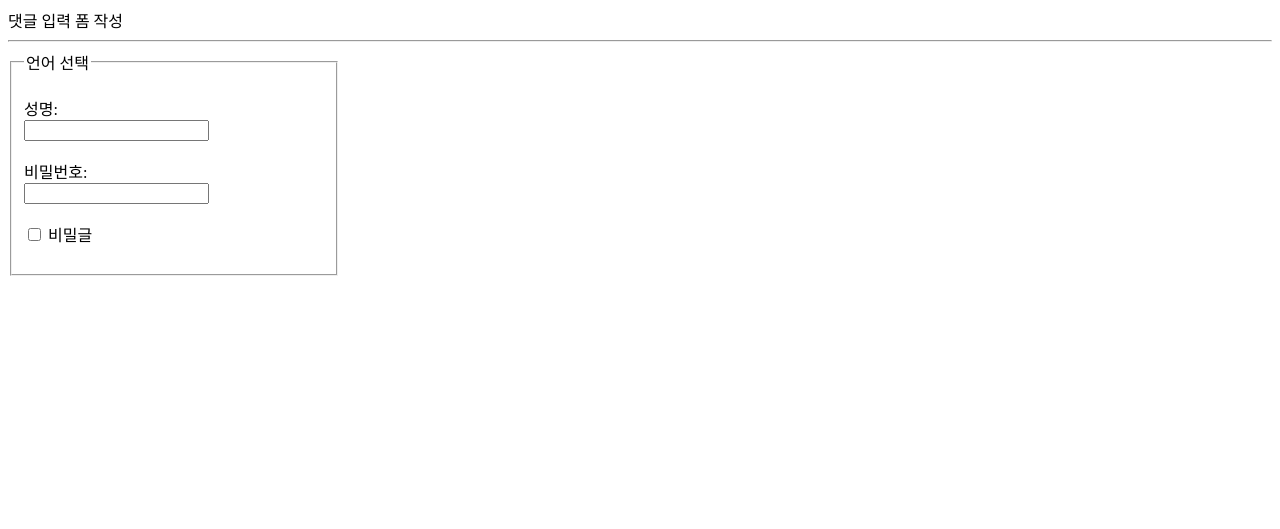
Repository: parkgyutaee/My_JAVA_Project
Page: http://localhost/JSPStudy/test04_04.jsp
These files come from the project's save history. The page is drawn as it stood at one moment and after the next save; the edit follows.
The browser window is 1280 px wide. The pictures show the whole page.
The page is served by Tomcat 10. Other server files are loaded and not shown.

Above is the page before, as saved 2025-07-10 07:15:03.

### Workspace/JSPStudy/src/main/webapp/test04_04.jsp
<%@ page language="java" contentType="text/html; charset=UTF-8"
    pageEncoding="UTF-8"%>
<!DOCTYPE html>
<html>
<head>
<meta charset="UTF-8">
<title>4장 연습문제 4번</title>
</head>
<body>
댓글 입력 폼 작성
<hr>
<form action="#" method = "get">
<fieldset style = "width:300px">
	<legend>언어 선택</legend> <p></p>
	성명: <br>
	<input type = "text" name = "name"> <br><br>
	비밀번호: <br>
	<input type = "text" name = "pw"> <br><br>
	<input type = "checkbox" name = "choice"> 비밀글 <br><br>
</fieldset>
</form>


</body>
</html>

After the next save:
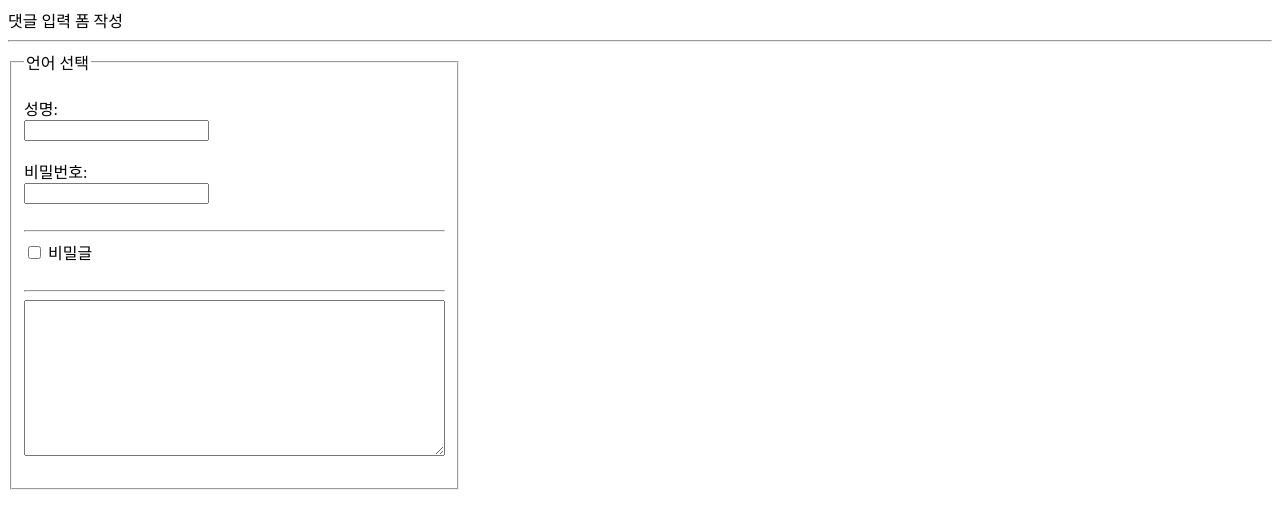
Saved 60 s later.
--- a/Workspace/JSPStudy/src/main/webapp/test04_04.jsp
+++ b/Workspace/JSPStudy/src/main/webapp/test04_04.jsp
@@ -16,7 +16,12 @@
 	<input type = "text" name = "name"> <br><br>
 	비밀번호: <br>
 	<input type = "text" name = "pw"> <br><br>
+	<hr>
 	<input type = "checkbox" name = "choice"> 비밀글 <br><br>
+	<hr>
+
+		<textarea name="introduce_area" rows="10" cols="50" >
+		</textarea> <br><br>
 </fieldset>
 </form>
 
